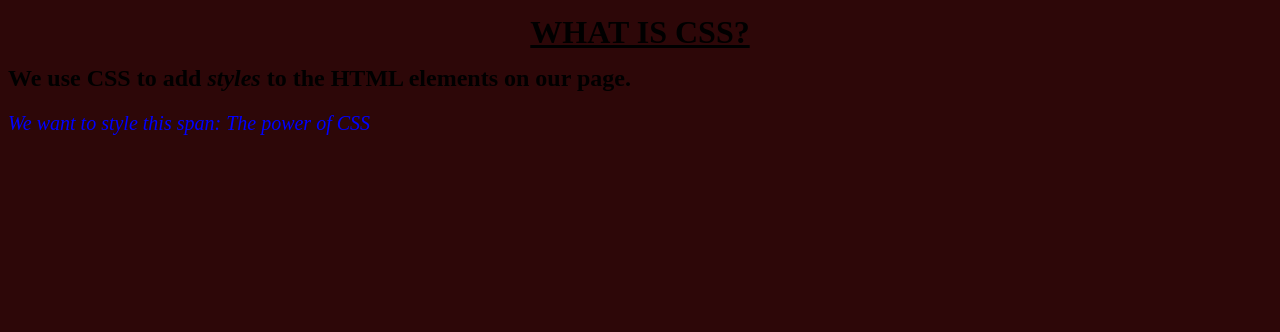
Repository: 3EyEdRav3n/10-2020-cohort-course
Page: week-1/day-3/index.html
An editor plug-in stored every save of this project. The page is shown before and after the next save, followed by the edit.
The browser window is 1280 px wide. The pictures show the whole page.

Above is the page before, as saved 2020-10-28 21:36:21.

After the next save:
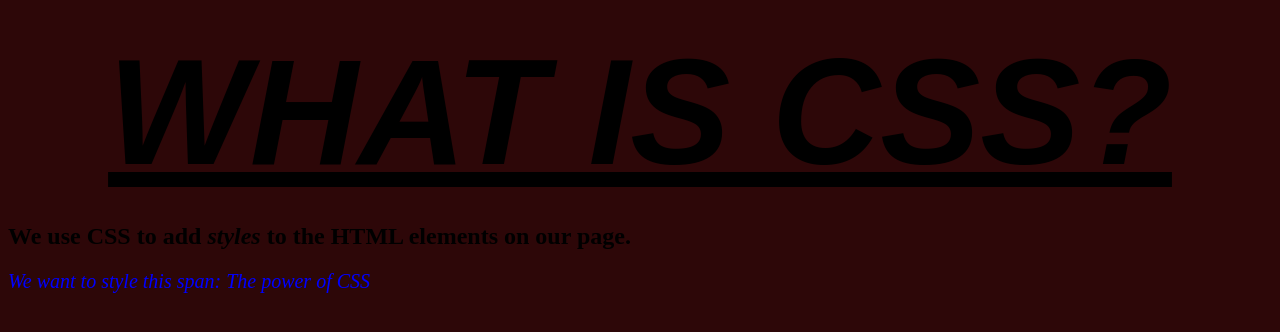
Saved 2 min 28 s later.
--- a/week-1/day-3/style.css
+++ b/week-1/day-3/style.css
@@ -16,4 +16,8 @@ h1{
   text-transform: uppercase;
   text-decoration: underline;
   line-height: 22px;
+  font-weight: bold;
+  font-style: italic;
+  font-family: sans-serif;
+  font-size:150px;
 }
